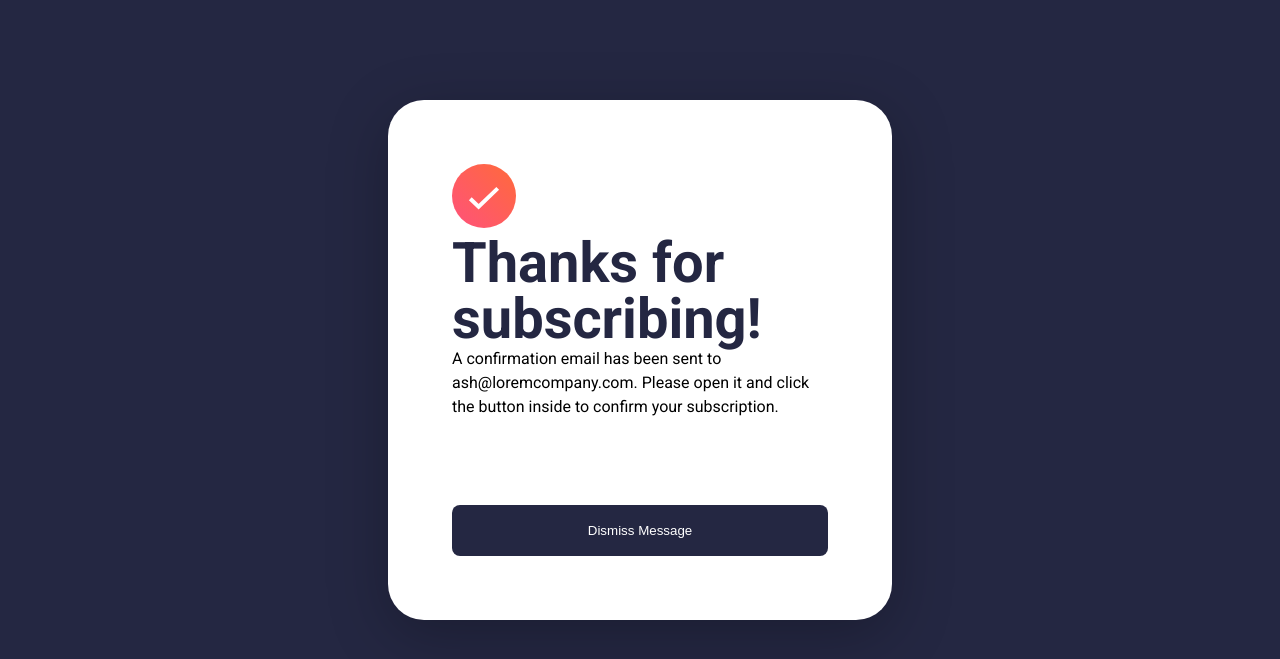
Repository: brandontaylor1/newsletter-signup
Page: success.html
The author's editor kept a copy of each file at every save. The page is drawn from the files as they stood at one save, then again after the next save.
The browser window is 1280 px wide. The pictures show the whole page.

Above is the page before, as saved 2025-01-20 10:33:50.

After the next save:
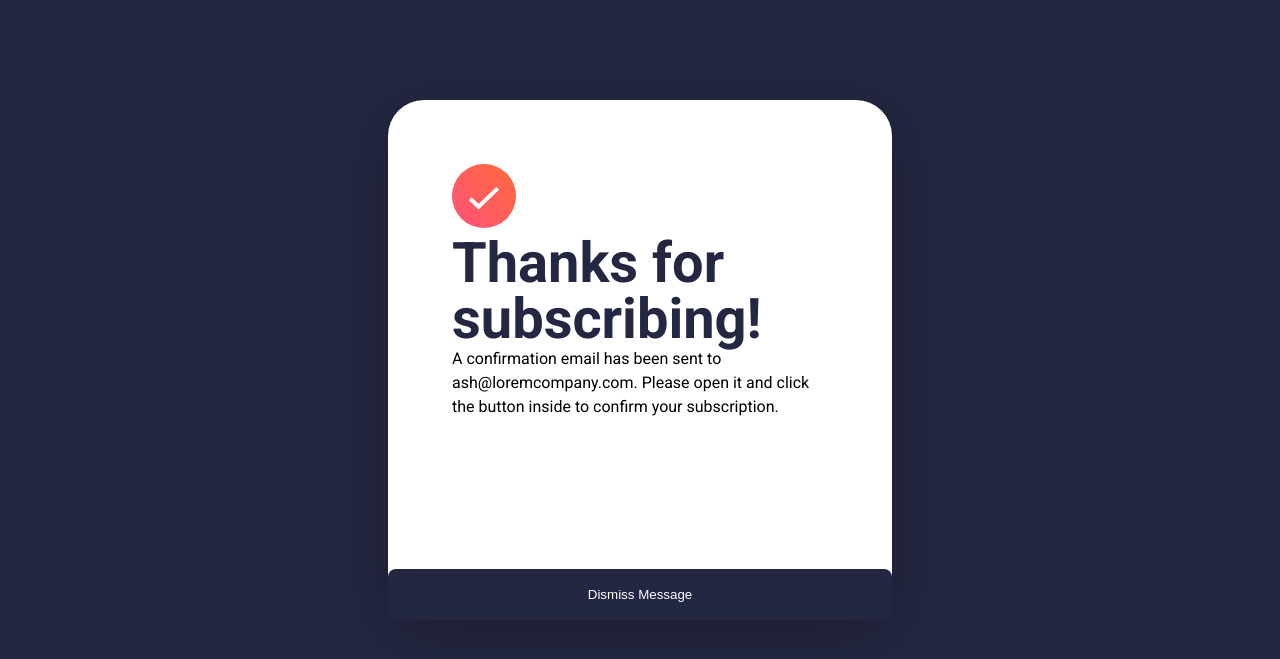
Saved 82 s later.
--- a/success.css
+++ b/success.css
@@ -43,6 +43,7 @@ body {
     flex-direction: column;
     justify-content: space-between;
     align-items: left;
+    position: relative;
 
 }
 
@@ -70,6 +71,10 @@ button {
     border-radius: 8px;
     background: var(--Dark-Navy, #242742);
     color: white;
+    position: absolute;
+    bottom: 0;
+    left: 0;
+    right: 0;
     transition: all 0.3s ease;
 }
 
